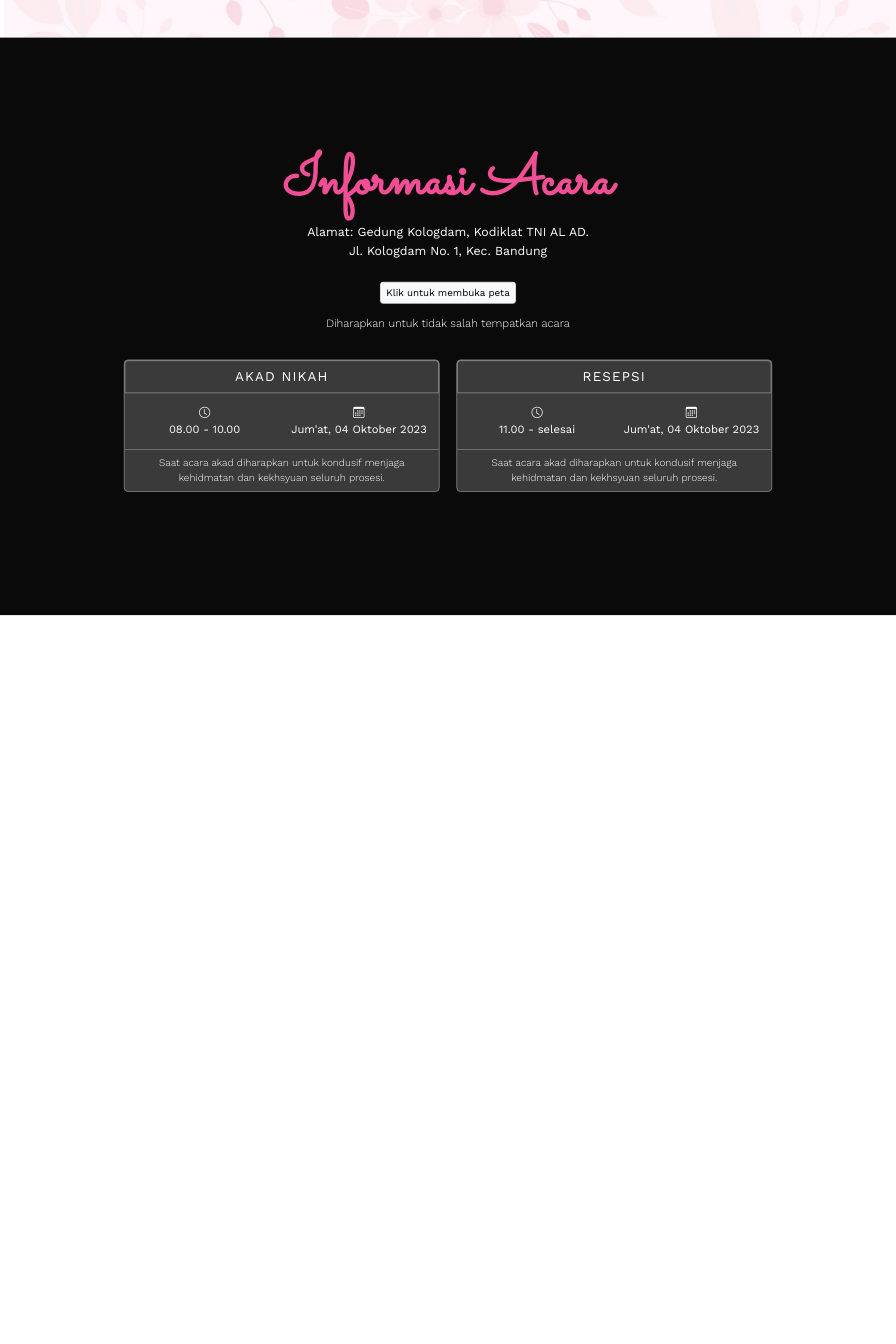
Repository: sellayspy/invitation
Page: index.html
An editor plug-in stored every save of this project. The page is shown before and after the next save, followed by the edit.
The browser window is 1280 px wide. The pictures show the part of the page from y = 1644 to 3564 px (the page is 4000 px tall), at 70% of full size.

Above is the page before, as saved 2024-07-08 19:03:49.

### index.html
<!DOCTYPE html>
<html lang="en">
  <head>
    <meta charset="utf-8" />
    <meta name="viewport" content="width=device-width, initial-scale=1" />
    <title>Dela & Roni</title>
    <link
      href="https://cdn.jsdelivr.net/npm/bootstrap@5.3.3/dist/css/bootstrap.min.css"
      rel="stylesheet"
      integrity="sha384-QWTKZyjpPEjISv5WaRU9OFeRpok6YctnYmDr5pNlyT2bRjXh0JMhjY6hW+ALEwIH"
      crossorigin="anonymous"
    />
    <link rel="preconnect" href="https://fonts.googleapis.com" />
    <link rel="preconnect" href="https://fonts.gstatic.com" crossorigin />
    <link
      href="https://fonts.googleapis.com/css2?family=Sacramento&family=Work+Sans:ital,wght@0,100..900;1,100..900&display=swap"
      rel="stylesheet"
    />

    <!--Simple Coutdown-->
    <link rel="stylesheet" href="coutdown/simplyCountdown.theme.default.css" />
    <script src="coutdown/simplyCountdown.min.js"></script>

    <!--Custom CSS Icon-->
    <link rel="stylesheet" href="https://cdn.jsdelivr.net/npm/bootstrap-icons@1.11.3/font/bootstrap-icons.min.css">

    <link rel="stylesheet" href="style.css" />
  </head>
  <body>
    <section
      id="hero"
      class="hero w-100 h-100 p-3 mx-auto text-center d-flex justify-content-center align-items-center text-white"
    >
      <main>
        <h4>Kepada Bapak/Ibu/Saudara/i,</h4>
        <h1>Dela Sri Aprialini & Roni Sahroni</h1>
        <p>Akan melangsungkan resepsi pernikahan dalam:</p>
        <div class="simply-countdown"></div>
        <a href="#undangan" class="btn btn-lg mt-4">Lihat Undangan</a>
      </main>
    </section>

    <nav class="navbar navbar-expand-md bg-transparent sticky-top mynavbar">
      <div class="container">
        <a class="navbar-brand" href="#">Spy</a>
        <button
          class="navbar-toggler border-0"
          type="button"
          data-bs-toggle="offcanvas"
          data-bs-target="#offcanvasNavbar"
          aria-controls="offcanvasNavbar"
          aria-label="Toggle navigation"
        >
          <span class="navbar-toggler-icon"></span>
        </button>
        <div
          class="offcanvas offcanvas-end"
          tabindex="-1"
          id="offcanvasNavbar"
          aria-labelledby="offcanvasNavbarLabel"
        >
          <div class="offcanvas-header">
            <h5 class="offcanvas-title" id="offcanvasNavbarLabel">Spy</h5>
            <button
              type="button"
              class="btn-close"
              data-bs-dismiss="offcanvas"
              aria-label="Close"
            ></button>
          </div>
          <div class="offcanvas-body">
            <div class="navbar-nav ms-auto">
              <a class="nav-link" href="#home">Home</a>
              <a class="nav-link" href="#info">Info</a>
              <a class="nav-link" href="#story">Story</a>
              <a class="nav-link" href="#gallery">Gallery</a>
              <a class="nav-link" href="#rsvp">RSVP</a>
              <a class="nav-link" href="#gift">Gifts</a>
            </div>
          </div>
        </div>
      </div>
    </nav>

    <section id="home" class="home">
      <div class="container">
        <div class="row justify-content-center">
          <div class="col-md-8 text-center">
            <h2>Acara Pernikahan</h2>
            <h3>
              Diselenggarakan pada 04 oktober 2024 di Tasikmalaya, Jawa Barat
            </h3>
            <p>
              Oleh karena itu, dengan segala hormat, kami bermaksud untuk
              mengundang Bapak/Ibu, Saudara/i, untuk hadir pada acara pernikahan
              kami.
            </p>
          </div>
        </div>

        <div class="row couple">
          <div class="col-lg-6">
            <div class="row">
              <div class="col-8 text-end">
                <h3>Roni Sahroni</h3>
                <p>
                  Lorem ipsum dolor, sit amet consectetur adipisicing elit. Quis
                  rerum qui, placeat harum quod saepe eius necessitatibus sunt
                  doloremque! Aperiam, laborum doloribus quos sit et adipisci
                  molestias iure sunt dolorum?
                </p>
                <p>
                  Putra dari Bpk. Lorem <br />
                  dan Ibu Ipsum
                </p>
              </div>
              <div class="col-4">
                <img
                  src="img/Desain tanpa judul (1).jpg"
                  alt="Roni Sahroni"
                  class="img-responsive rounded-circle"
                />
              </div>
            </div>
          </div>

          <span class="heart"><i class="bi bi-heart-fill"></i></span>

          <div class="col-lg-6">
            <div class="row">
              <div class="col-4">
                <img
                  src="img/Desain tanpa judul (2).jpg"
                  alt="Dela Sri"
                  class="img-responsive rounded-circle"
                />
              </div>
              <div class="col-8">
                <h3>Dela Sri</h3>
                </h3>
                <p>
                  Lorem ipsum dolor, sit amet consectetur adipisicing elit. Quis
                  rerum qui, placeat harum quod saepe eius necessitatibus sunt
                  doloremque! Aperiam, laborum doloribus quos sit et adipisci
                  molestias iure sunt dolorum?
                </p>
                <p>
                  Putra dari Bpk. Lorem <br />
                  dan Ibu Ipsum
                </p>
              </div>
            </div>
          </div>
        </div>
      </div>
    </section>

    <section id="info" class="info">
      <div class="container">
        <div class="row justify-content-center">
          <div class="col-md-8 col-10 text-center">
            <h2>Informasi Acara</h2>
            <p class="alamat">Alamat: Gedung Kologdam, Kodiklat TNI AL AD. <br> Jl. Kologdam No. 1, Kec. Bandung</p>
            <a href="https://maps.app.goo.gl/j2RVmCKoAZy6CYFM9" target="_blank" class="btn btn-light btn-sm my-3">Klik untuk membuka peta</a>
            <p class="description">Diharapkan untuk tidak salah tempatkan acara</p>
          </div>
        </div>

        <div class="row justify-content-center mt-4">
          <div class="col-md-5 col-10">
            <div class="card text-center text-bg-light mb-5">
         <div class="card-header">Akad Nikah</div>
              <div class="card-body">
                <div class="row justify-content-center">
                  <div class="col-md-6">
                    <i class="bi bi-clock d-block"></i>
                    <span>08.00 - 10.00</span>
                  </div>
                  <div class="col-md-6">
                    <i class="bi bi-calendar3 d-block"></i>
                    <span>Jum'at, 04 Oktober 2023</span>
                  </div>
                </div>
             </div>
         <div class="card-footer">
          Saat acara akad diharapkan untuk kondusif menjaga kehidmatan dan kekhsyuan seluruh prosesi.
        </div>
          </div>
          </div>

          <div class="col-md-5 col-10">
            <div class="card text-center text-bg-light">
         <div class="card-header">Resepsi</div>
              <div class="card-body">
                <div class="row justify-content-center">
                  <div class="col-md-6">
                    <i class="bi bi-clock d-block"></i>
                    <span>11.00 - selesai</span>
                  </div>
                  <div class="col-md-6">
                    <i class="bi bi-calendar3 d-block"></i>
                    <span>Jum'at, 04 Oktober 2023</span>
                  </div>
                </div>
             </div>
         <div class="card-footer">
          Saat acara akad diharapkan untuk kondusif menjaga kehidmatan dan kekhsyuan seluruh prosesi.
        </div>
          </div>
          </div>
        </div>
      </div>
    </section>

    <script
      src="https://cdn.jsdelivr.net/npm/bootstrap@5.3.3/dist/js/bootstrap.bundle.min.js"
      integrity="sha384-YvpcrYf0tY3lHB60NNkmXc5s9fDVZLESaAA55NDzOxhy9GkcIdslK1eN7N6jIeHz"
      crossorigin="anonymous"
    ></script>

    <script>
      simplyCountdown(".simply-countdown", {
        year: 2024, // required
        month: 10, // required
        day: 4, // required
        hours: 8, // Default is 0 [0-23] integer
        words: {
          //words displayed into the countdown
          days: { singular: "hari", plural: "hari" },
          hours: { singular: "jam", plural: "jam" },
          minutes: { singular: "menit", plural: "menit" },
          seconds: { singular: "detik", plural: "detik" },
        },
      });
    </script>

    <script>

      const hamburger = document.querySelector(".navbar-toggler");

      const stickyTop = document.querySelector(".sticky-top");

      hamburger.addEventListener("click", () => {
        stickyTop.style.overflow = 'visible'
      });

      const offCanvas = document.querySelector(".offcanvas");

      offCanvas.addEventListener("hidden.bs.offcanvas", () => {
        stickyTop.style.overflow = 'hidden'
      });

    </script>
  </body>
</html>

### coutdown/simplyCountdown.theme.default.css
.simply-countdown {
  overflow: hidden;
  display: table;
  font-family: "Arial", sans-serif;
  margin: auto;
}
.simply-countdown > .simply-section {
  width: 50px;
  height: 50px;
  padding: 80px;
  display: flex;
  align-items: center;
  justify-content: center;
  float: left;
  margin: 10px;
  background: var(--pink);
  box-shadow: 0 1px 3px rgba(0, 0, 0, 0.12), 0 1px 2px rgba(0, 0, 0, 0.24);
  border-radius: 50%;
}
.simply-countdown > .simply-section .simply-amount,
.simply-countdown > .simply-section .simply-word {
  display: block;
  text-align: center;
}
.simply-countdown > .simply-section .simply-amount {
  font-size: 1.6rem;
}

### style.css
:root {
  --pink: #f14e95;

  --bg: #0a0a0a;

  --shadow: 0 2px 2px rgb(0 0 0/ 0.5);
}

body {
  font-size: 1.2rem;
  font-family: "Work Sans", sans-serif;
  min-height: 4000px;
}

.hero::before {
  content: "";
  position: absolute;
  top: 0;
  left: 0;
  height: 100%;
  width: 100%;
  background-image: url(img/gambar-1.jpg);
  background-size: cover;
  background-position: center;
  z-index: -1;
  filter: blur(2px);
}

.hero {
  position: relative;
  min-height: 100vh;
}

.hero h1,
.hero h4,
.hero p {
  text-shadow: var(--shadow);
}

.hero h1 {
  font-family: "Sacramento", cursive;
  font-size: 6rem;
}

.hero h4 {
  font-size: 1.6rem;
}

.hero p {
  font-size: 1.4rem;
}

.hero a {
  color: var(--pink);

  background-color: white;

  box-shadow: var(--shadow);
}

.hero a:hover {
  background-color: var(--pink);
  color: white;
}

.mynavbar {
  background-color: rgba(255, 255, 255, 0.4) !important;
  backdrop-filter: blur(4px);
}

.mynavbar .offcanvas {
  height: 100vh;
}

.mynavbar .navbar-brand,
.mynavbar .offcanvas-title {
  font-family: "Sacramento", cursive;
  font-size: 3.2rem;
  font-weight: bold;
}

.mynavbar .nav-link {
  text-transform: uppercase;
}

.home {
  background-image: url(img/Desain\ tanpa\ judul.png);
  background-size: cover;
  min-height: 100vh;
  margin-top: -6rem;
  padding-top: 15rem;
  padding-bottom: 5rem;
}

.home h2,
.info h2 {
  color: var(--pink);
  font-family: "Sacramento", cursive;
  font-size: 5rem;
  font-weight: bold;
}

.home h3 {
  color: #444;
  font-size: 1.5rem;
  margin-bottom: 1rem;
}

.home p {
  font-size: 1.1rem;
  color: #666;
}

.home .couple {
  margin-top: 100px;
}

.home .couple h3 {
  font-family: "Sacramento";
  font-size: 2.4rem;
  color: var(--pink);
}

.home .couple img {
  width: 100%;
}

.home .heart {
  width: 50px;
  height: 50px;
  background-color: white;
  display: flex;
  border-radius: 50%;
  box-shadow: 0 0 5px rgba(0, 0, 0, 0.5);
  position: absolute;
  left: 50%;
  transform: translateX(-50%) translateY(65px);
}

.home .heart i {
  margin: auto;
  color: var(--pink);
}

.info {
  background-color: var(--bg);
  color: white;
  padding-top: 10rem;
  padding-bottom: 8rem;
}

.info .alamat {
  font-size: 1.1rem;
}

.info .description {
  font-size: 1rem;
  font-weight: 300;
}

.info .card {
  background-color: rgba(255, 255, 255, 0.2) !important;
  color: white !important;
  border: 1px solid #999;
}

.info .card-header {
  border: 1px solid #999;
  text-transform: uppercase;
  letter-spacing: 0.1rem;
}

.info .card-body {
  font-size: 1rem;
}

.info .card-footer {
  border-top: 1px solid #999;
  font-size: 0.9rem;
  font-weight: 300;
}

/* Media Query */

/* Extra large devices (large laptops and desktops, 1200px and up) */

@media (max-width: 1200px) {
  .home .heart {
    transform: translateX(-50%) translateY(45px);
  }
}

/* Laptop */
@media (max-width: 992px) {
  html {
    font-size: 75%;
  }
  .simply-countdown > .simply-section {
    padding: 70px;
  }

  .home .heart {
    display: none;
  }
}

/* Tablet */
@media (max-width: 768px) {
  html {
    font-size: 65%;
  }
  .simply-countdown > .simply-section {
    padding: 60px;
    margin: 5px;
  }

  .mynavbar .nav-link {
    font-size: 2rem;
    text-align: center;
  }

  .sticky-top {
    overflow: hidden;
  }
}

/* mobile phone */
@media (max-width: 576px) {
  html {
    font-size: 55%;
  }
  .simply-countdown > .simply-section {
    padding: 45px;
    margin: 3px;
  }
}

Loaded but not shown: coutdown/simplyCountdown.min.js (library)

After the next save:
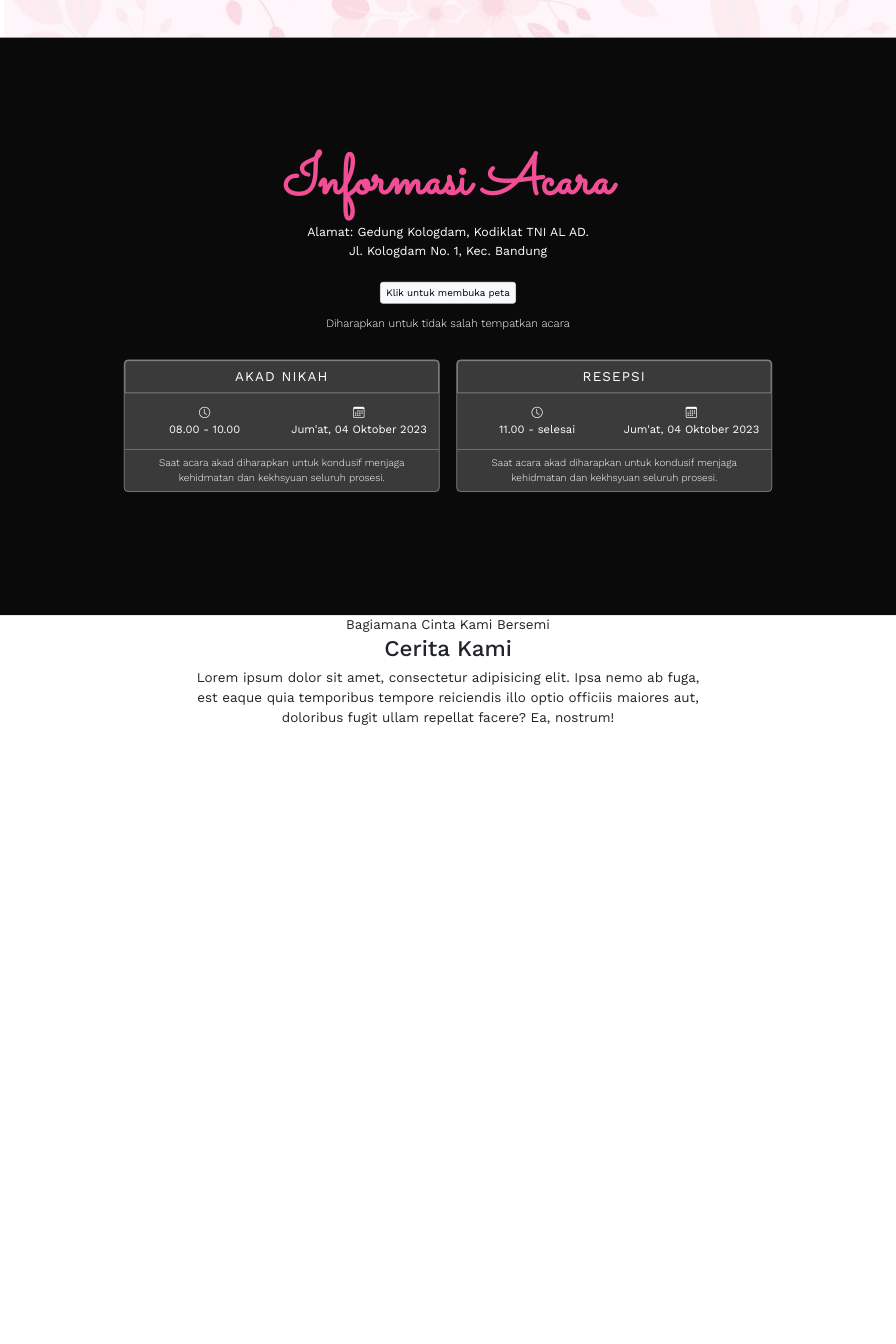
Saved 5 min 9 s later.
--- a/index.html
+++ b/index.html
@@ -75,7 +75,7 @@
               <a class="nav-link" href="#story">Story</a>
               <a class="nav-link" href="#gallery">Gallery</a>
               <a class="nav-link" href="#rsvp">RSVP</a>
-              <a class="nav-link" href="#gift">Gifts</a>
+              <a class="nav-link" href="#gifts">Gifts</a>
             </div>
           </div>
         </div>
@@ -207,6 +207,18 @@
           Saat acara akad diharapkan untuk kondusif menjaga kehidmatan dan kekhsyuan seluruh prosesi.
         </div>
           </div>
+          </div>
+        </div>
+      </div>
+    </section>
+
+    <section id="story" class="story">
+      <div class="container">
+        <div class="row justify-content-center">
+          <div class="col-md-8 col-10 text-center">
+            <span>Bagiamana Cinta Kami Bersemi</span>
+            <h2>Cerita Kami</h2>
+            <p>Lorem ipsum dolor sit amet, consectetur adipisicing elit. Ipsa nemo ab fuga, est eaque quia temporibus tempore reiciendis illo optio officiis maiores aut, doloribus fugit ullam repellat facere? Ea, nostrum!</p>
           </div>
         </div>
       </div>
